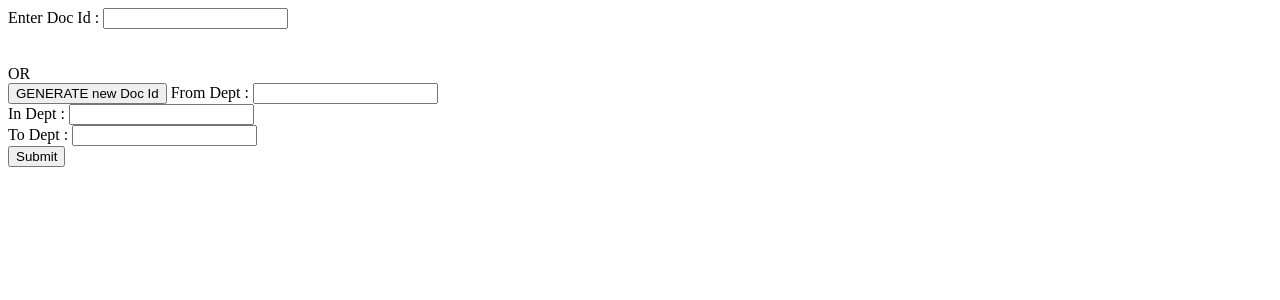
Repository: javaSingh/java
Page: workspace/minor project with inder 7th sem/WebContent/newdocreceived.html
These files come from the project's save history. The page is drawn as it stood at one moment and after the next save; the edit follows.
The browser window is 1280 px wide. The pictures show the whole page.

Above is the page before, as saved 2014-10-19 14:23:02.

### workspace/minor project with inder 7th sem/WebContent/newdocreceived.html
<!DOCTYPE html PUBLIC "-//W3C//DTD HTML 4.01 Transitional//EN" "http://www.w3.org/TR/html4/loose.dtd">
<html>
<head>
<meta http-equiv="Content-Type" content="text/html; charset=ISO-8859-1">
<title>Insert title here</title>
</head>
<body>
<script>
function fun()
{
	window.alert("hi");
	}
</script>

<form action='Serv1'>
Enter Doc Id : <input type='text' name='docid' required autofoucs></input><br>
<br>
<br>
OR
<br>
<input type='button' onclick='fun()' value='GENERATE new Doc Id'></input>
From Dept : <input type='text' name='fromdept'  ></input><br>
In Dept : <input type='text' name='indept'  ></input><br>
To Dept : <input type='text' name='todept'  ></input><br>
<input type='submit'></input>


</form>

</body>
</html>

After the next save:
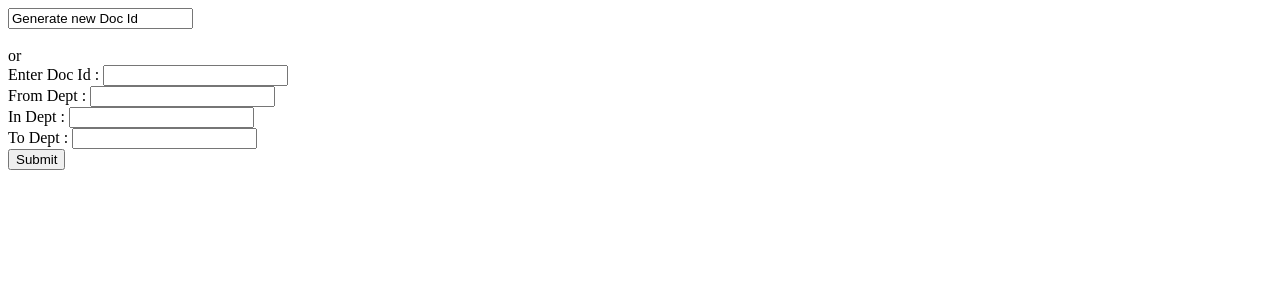
Saved 3 min 39 s later.
--- a/workspace/minor project with inder 7th sem/WebContent/newdocreceived.html
+++ b/workspace/minor project with inder 7th sem/WebContent/newdocreceived.html
@@ -8,17 +8,18 @@
 <script>
 function fun()
 {
-	window.alert("hi");
+
 	}
 </script>
 
+<form aciton='Serv3'>
+<input type='submiy'value='Generate new Doc Id'></input>
+</form>
+<br>
+or
+<br>
 <form action='Serv1'>
 Enter Doc Id : <input type='text' name='docid' required autofoucs></input><br>
-<br>
-<br>
-OR
-<br>
-<input type='button' onclick='fun()' value='GENERATE new Doc Id'></input>
 From Dept : <input type='text' name='fromdept'  ></input><br>
 In Dept : <input type='text' name='indept'  ></input><br>
 To Dept : <input type='text' name='todept'  ></input><br>
